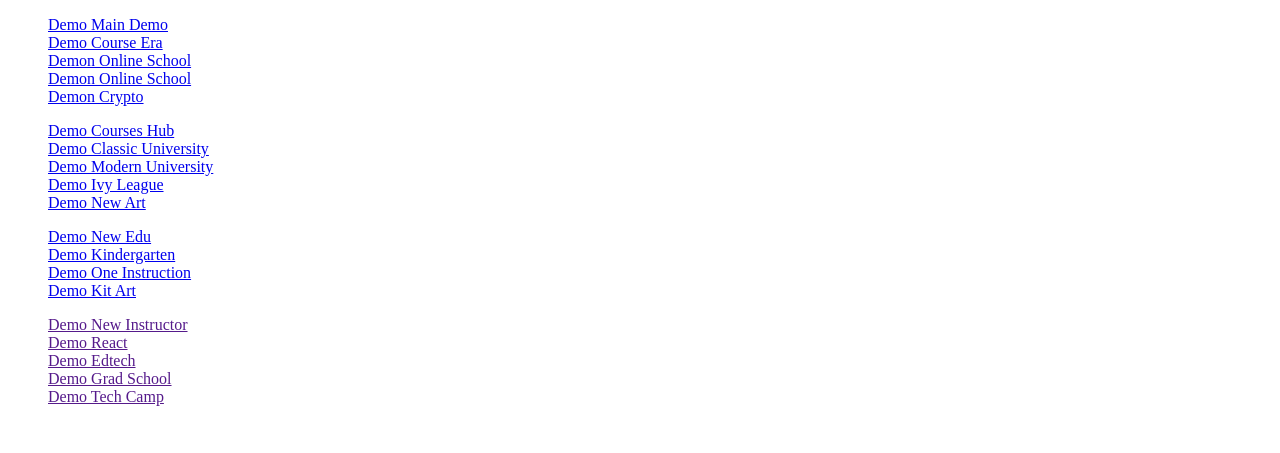
Repository: ibrkhalil/EduWebsite
Page: test.html
The author's editor kept a copy of each file at every save. The page is drawn from the files as they stood at one save, then again after a run of saves.
The browser window is 1280 px wide. The pictures show the whole page.

Above is the page before, as saved 2020-11-18 15:09:17.

After the next 2 saves:
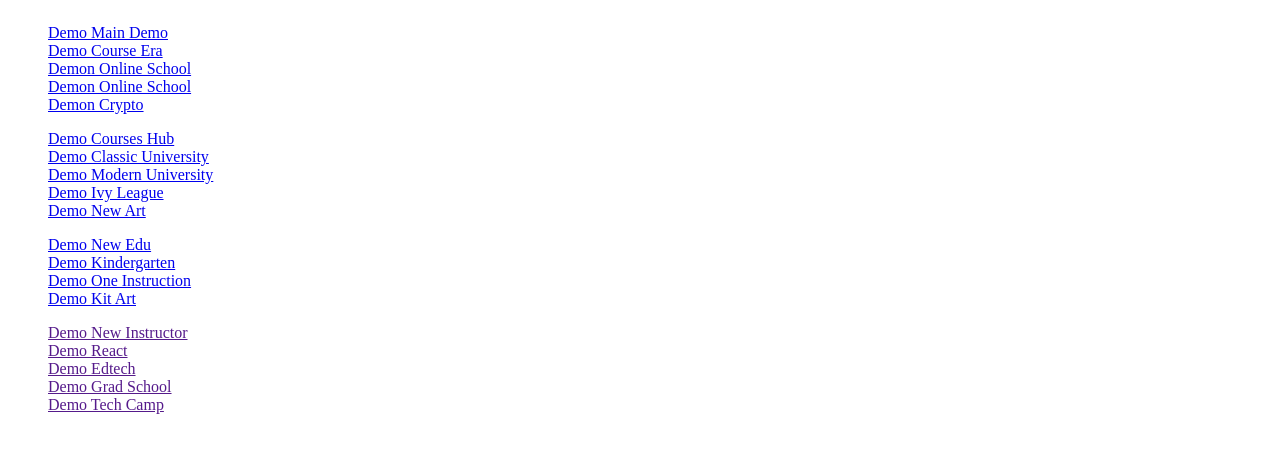
The 2 saves are shown as one change because they came seconds apart.
The last was saved 11 s later.
--- a/test.html
+++ b/test.html
@@ -6,6 +6,7 @@
     <title>Document</title>
 </head>
 <body>
+    <div class="dd1"></div>
     <ul class="dd1">
         <li><a href="#">Demo Main Demo</a></li>
         <li><a href="#">Demo Course Era</a></li>
